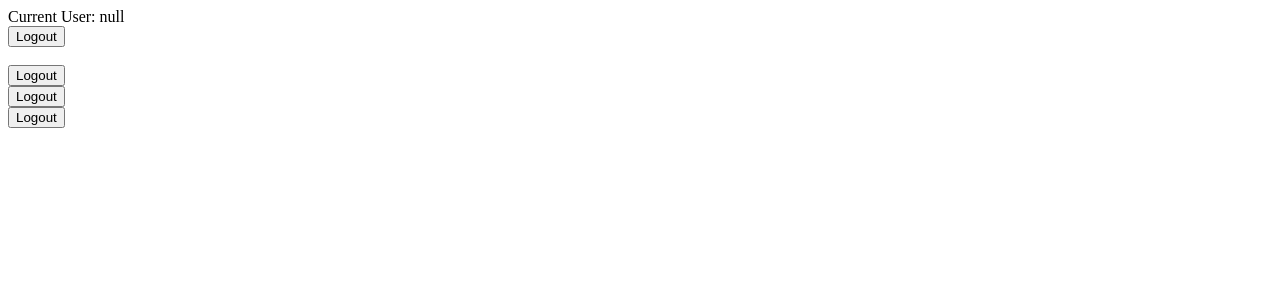
Repository: Kevin-Zhang-0/cs336Project
Page: http://localhost/cs336Sample/UserHomepage.jsp
An editor plug-in stored every save of this project. The page is shown before and after the next save, followed by the edit.
The browser window is 1280 px wide. The pictures show the whole page.
The page is served by Tomcat 9. Other server files are loaded and not shown.

Above is the page before, as saved 2022-05-04 03:07:45.

### cs336Sample/src/main/webapp/UserHomepage.jsp
<%@ page language="java" contentType="text/html; charset=ISO-8859-1"
    pageEncoding="ISO-8859-1"%>
<!DOCTYPE html>
<html>
<head>
<meta charset="ISO-8859-1">
<title>Insert title here</title>
</head>
<body>
<%
out.print("Current User: " + session.getAttribute("username"));
%>
<br>
		<form method="get" action="loginPage.jsp">

			<input type="submit" value="Logout">
		</form>

<br>

<div class="btn-group">

 	<form method="get" action="loginPage.jsp">

		<input type="submit" value="Logout">
	</form>

 	<form method="get" action="loginPage.jsp">

			<input type="submit" value="Logout">
	</form>

 	<form method="get" action="loginPage.jsp">

		<input type="submit" value="Logout">
	</form>

</div>

</body>
</html>

After the next save:
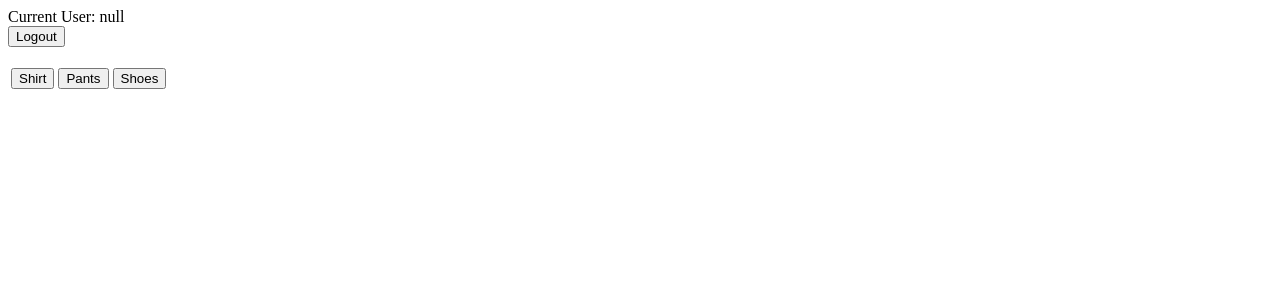
Saved 5 s later.
--- a/cs336Sample/src/main/webapp/UserHomepage.jsp
+++ b/cs336Sample/src/main/webapp/UserHomepage.jsp
@@ -18,22 +18,43 @@
 
 <br>
 
-<div class="btn-group">
+<div class="auction-btn-group">
 
- 	<form method="get" action="loginPage.jsp">
 
-		<input type="submit" value="Logout">
-	</form>
+	<table>
+	<tr>
+		<td>
+				<form method="get" action="loginPage.jsp">
 
- 	<form method="get" action="loginPage.jsp">
+					<input type="submit" value="Shirt">
+				</form>
+		</td>
+		<td><form method="get" action="loginPage.jsp">
 
-			<input type="submit" value="Logout">
-	</form>
+			<input type="submit" value="Pants">
+			</form>
+			</td>
+		<td>
+			<form method="get" action="loginPage.jsp">
 
- 	<form method="get" action="loginPage.jsp">
+			<input type="submit" value="Shoes">
+			</form>
 
-		<input type="submit" value="Logout">
-	</form>
+		</td>
+
+
+
+	</tr>
+
+	</table>
+
+
+
+
+
+
+
+
 
 </div>
 
